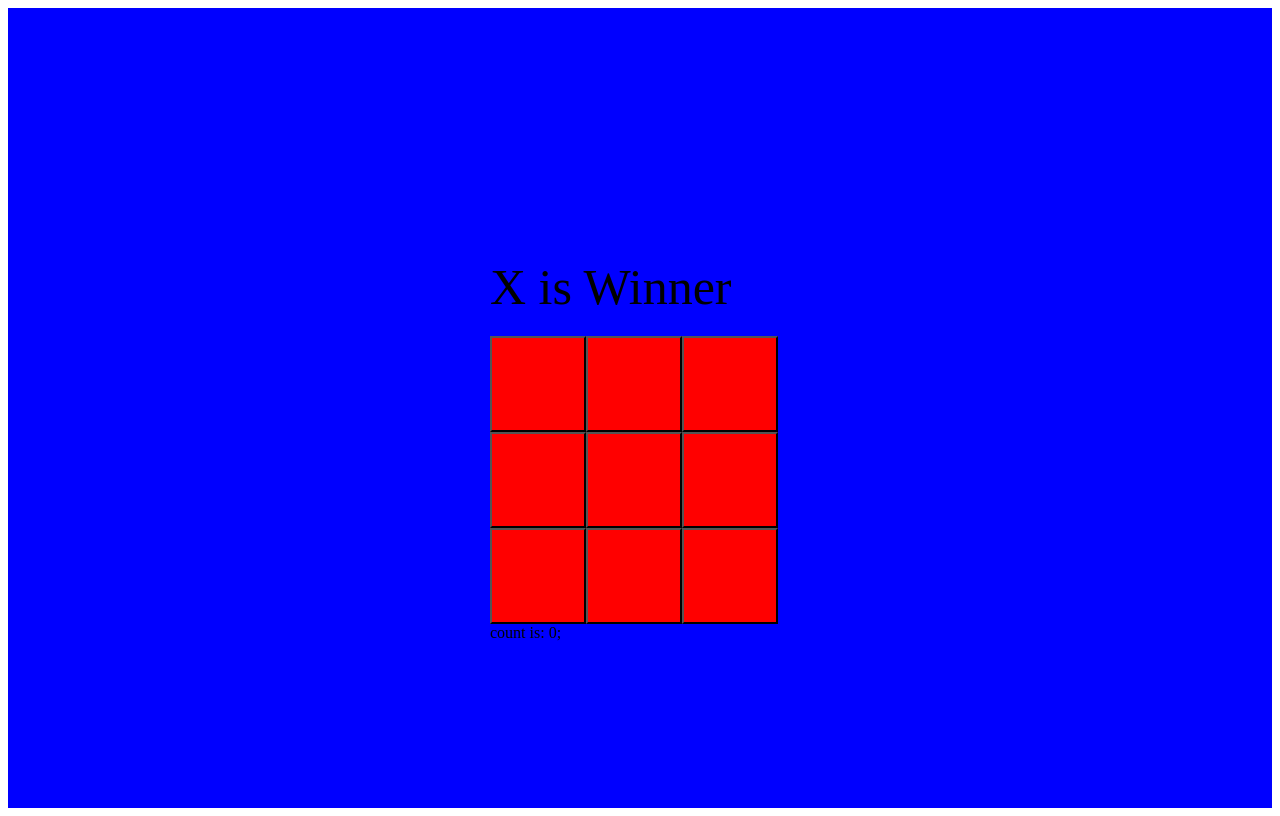
Repository: Mush-s/Folio-OX
Page: /game
An editor plug-in stored every save of this project. The page is shown before and after the next save, followed by the edit.
The browser window is 1280 px wide. The pictures show the whole page.
The project was rebuilt for these pictures with package versions that can differ from the ones it lists, and the page was loaded fresh each time. Also part of the build but not shown: src/GameOver/GameOver.css, src/GameOver/GameOver.js.

Above is the page before, as saved 2022-09-02 10:56:30.

### src/index.js
import { createRoot } from "react-dom/client";
import App from "./App";
const container = document.getElementById("root");
const root = createRoot(container);
root.render(<App />);

### src/App.js
import "./App.css";
import Game from "./Game/Game";

const App = () => {
  return (
    <div className="app">
      <Game />
    </div>
  );
};

export default App;

### src/App.css
.app {
  position: relative;
  height: 50em;
  background-color: blue;
}

### src/Game/Game.js
import { useEffect, useState } from "react";
import Cell from "./Cell";
import { Pattern } from "../Patterns/Pattern";
import GameOver from "../GameOver/GameOver";

import "./Game.css";

const Game = () => {
  const [player, setPlayer] = useState("O");
  const [countDown, setCountDown] = useState(8);
  const [gameOver, setGameOver] = useState(false);
  const [result, setResult] = useState();
  const [mode, setMode] = useState("Normal");
  const [time, setTime] = useState(5);

  const [cellValues, setCellValues] = useState([
    "",
    "",
    "",
    "",
    "",
    "",
    "",
    "",
    "",
  ]);

  useEffect(() => {
    checkWin();
  });

  let timer;
  const updataCount = () => {
    timer = setInterval(() => {
      console.log(time);
      setTime((preC) => preC - 1);
    }, 1000);

    if (time === 0) {
      clearInterval(timer);
      if (player === "O") {
        setResult("X is Winner");
      }
      if (player === "X") {
        setResult("O is Winner");
      }
    }
  };

  useEffect(() => {
    updataCount();
    return () => clearInterval(timer);
  });

  const isCellEmpty = (index) => cellValues[index] === "";

  //Cell Clicked ここから

  const clickHandler = (index) => {
    if (isCellEmpty(index)) {
      setCountDown(countDown - 1);
      const newCellValues = [...cellValues];
      newCellValues[index] = player;
      setCellValues(newCellValues);

      if (player === "O") {
        setPlayer("X");
      } else {
        setPlayer("O");
      }

      if (countDown === 0) {
        setGameOver(true);
        setResult("引き分けです");
      }
      // Repaint mode 処理
    } else {
      if (mode === "Repaint") {
        setCountDown(countDown - 1);
        const newCellValues = [...cellValues];
        newCellValues[index] = player;
        setCellValues(newCellValues);

        if (player === "O") {
          setPlayer("X");
        } else {
          setPlayer("O");
        }
      }
      setMode("Normal");
    }
  };

  //Reset Button ここから

  const resetHandler = () => {
    setPlayer("O");
    setCountDown(8);
    setCellValues(["", "", "", "", "", "", "", "", ""]);
    setResult();
  };

  //Back button ここから

  const backHandler = () => {
    // setCountDown(countDown + 1);
    // const backedValues = [...cellValues]
    // setCellValues(backedValues)
    // if (player === "O") {
    //   setPlayer("X");
    // } else {
    //   setPlayer("O");
    // }
  };

  //Change button ここから

  const ChangeHandler = () => {
    if (mode === "Normal") {
      setMode("Repaint");
    }
    if (mode === "Repaint") {
      setMode("Normal");
    }
  };
  //勝ち負け判定

  const checkWin = () => {
    Pattern.forEach((currPa) => {
      const firstPlayer = cellValues[currPa[0]];
      if (firstPlayer === "") return;
      console.log(cellValues[currPa[0]]);
      let foundWiiningPattern = true;
      currPa.forEach((i) => {
        if (cellValues[i] !== firstPlayer) {
          foundWiiningPattern = false;
        }
      });

      if (foundWiiningPattern) {
        if (player === "O") {
          setResult("X is Winner");
          setGameOver(true);
        } else {
          setResult("O is Winner");
          setGameOver(true);
        }
      }
    });
  };
  return (
    <div className="game">
      <div className="result">{result}</div>
      {cellValues.map((value, index) => (
        <Cell key={index} value={value} onClick={() => clickHandler(index)} />
      ))}
      {gameOver && (
        <GameOver
          mode={mode}
          onClick={resetHandler}
          onBack={backHandler}
          onChange={ChangeHandler}
        />
      )}
      <div>count is: {time}</div>;
    </div>
  );
};

export default Game;

### src/Game/Cell.js
import "./Cell.css";

const Cell = (props) => {
  return (
    <div className="cell flat border">
      <button onClick={props.onClick}>{props.value}</button>
    </div>
  );
};

export default Cell;

### src/Patterns/Pattern.js
export const Pattern = [
  [0, 1, 2],
  [3, 4, 5],
  [6, 7, 8],
  [0, 3, 6],
  [1, 4, 7],
  [2, 5, 8],
  [0, 4, 8],
  [2, 4, 6],
];

### src/Game/Game.css
.game {
  position: absolute;
  top: 50%;
  left: 50%;
  margin-right: -50%;
  transform: translate(-50%, -50%);
  height: 300px;
  width: 300px;
  display: flex;
  flex-wrap: wrap;
}

.game .result {
  font-size: 50px;
  margin-bottom: 20px;
}

### src/Game/Cell.css
.cell {
    height: 32%;
    width: 32%;
}
.cell button{
  width:100%;
  height:100%;
  color:aqua;
  background-color: red;
}


  .flat.border:hover {
    background: #ff9300;
    color: #fff;
  }
  .flat.border:active, .flat.border:focus {
    top: 2px;
  }

Loaded but not shown: public/index.html (common file)

After the next save:
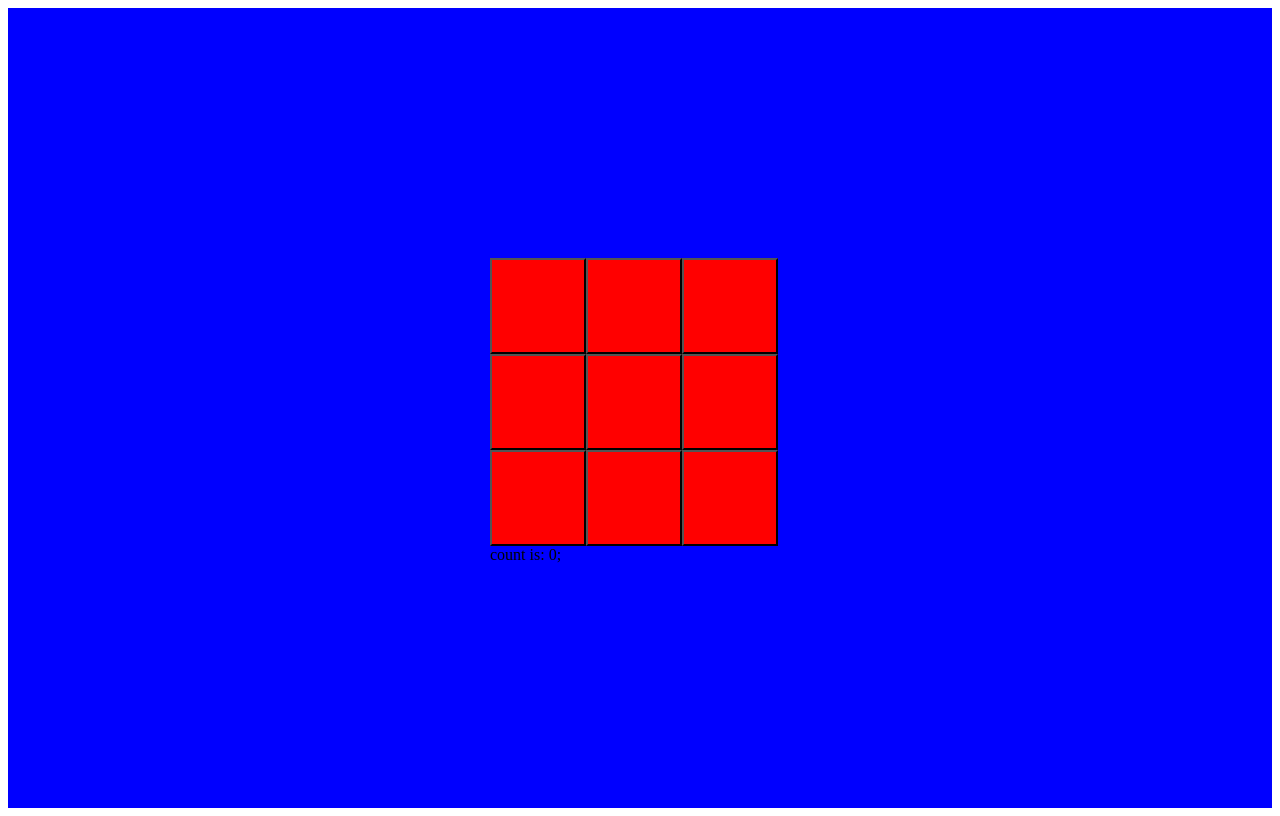
Saved 71 s later.
--- a/src/Game/Game.js
+++ b/src/Game/Game.js
@@ -50,7 +50,7 @@
   useEffect(() => {
     updataCount();
     return () => clearInterval(timer);
-  });
+  },[player]);
 
   const isCellEmpty = (index) => cellValues[index] === "";
 

After the save that followed:
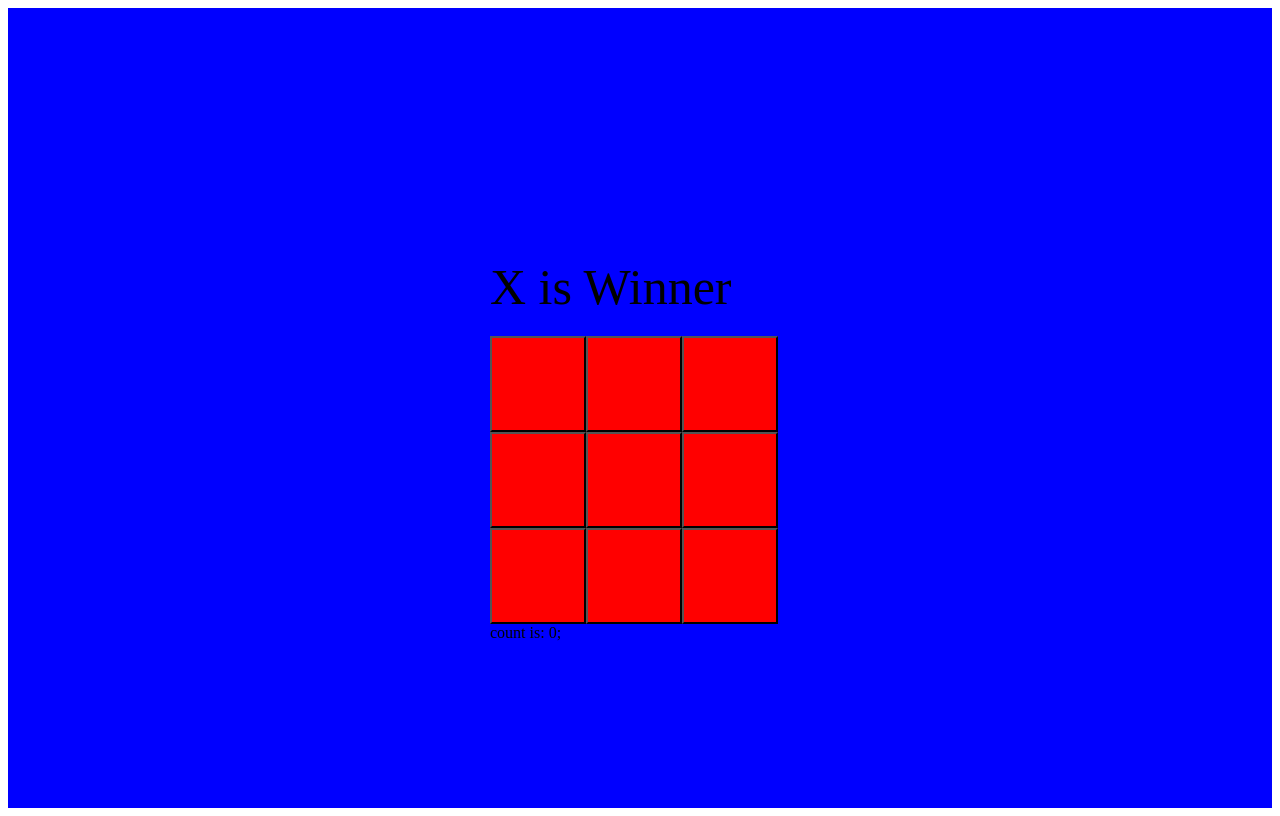
Saved 26 s later.
--- a/src/Game/Game.js
+++ b/src/Game/Game.js
@@ -50,7 +50,7 @@
   useEffect(() => {
     updataCount();
     return () => clearInterval(timer);
-  },[player]);
+  });
 
   const isCellEmpty = (index) => cellValues[index] === "";
 
